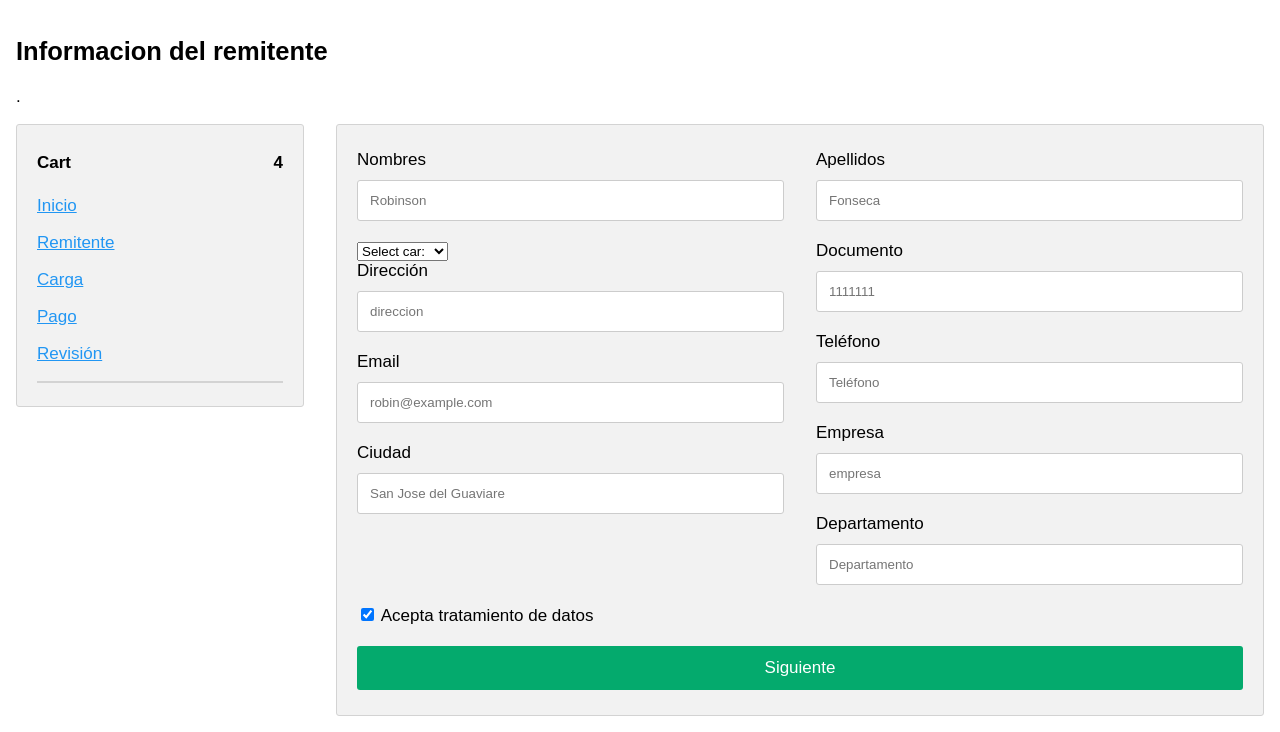
Repository: SennovaFluvial/Trasnfluvial
Page: appFluvial/templates/card1.html
The author's editor kept a copy of each file at every save. The page is drawn from the files as they stood at one save, then again after the next save.
The browser window is 1280 px wide. The pictures show the whole page.
The template is drawn by Django 3.2. The application's start-up code is not run. Other server files are loaded and not shown. The template is opened directly, without the code that normally fills it, so the values that code supplies are empty.

Above is the page before, as saved 2023-10-18 21:33:43.

### appFluvial/templates/card1.html
<!DOCTYPE html>
<html>
<head>
<meta name="viewport" content="width=device-width, initial-scale=1">
<!--link rel="stylesheet" href="https://cdnjs.cloudflare.com/ajax/libs/font-awesome/4.7.0/css/font-awesome.min.css"-->
<style>
body {
  font-family: Arial;
  font-size: 17px;
  padding: 8px;
}

* {
  box-sizing: border-box;
}

.row {
  display: -ms-flexbox; /* IE10 */
  display: flex;
  -ms-flex-wrap: wrap; /* IE10 */
  flex-wrap: wrap;
  margin: 0 -16px;
}

.col-25 {
  -ms-flex: 25%; /* IE10 */
  flex: 25%;
}

.col-50 {
  -ms-flex: 50%; /* IE10 */
  flex: 50%;
}

.col-75 {
  -ms-flex: 75%; /* IE10 */
  flex: 75%;
}

.col-25,
.col-50,
.col-75 {
  padding: 0 16px;
}

.container {
  background-color: #f2f2f2;
  padding: 5px 20px 15px 20px;
  border: 1px solid lightgrey;
  border-radius: 3px;
}

input[type=text] {
  width: 100%;
  margin-bottom: 20px;
  padding: 12px;
  border: 1px solid #ccc;
  border-radius: 3px;
}

label {
  margin-bottom: 10px;
  display: block;
}

.icon-container {
  margin-bottom: 20px;
  padding: 7px 0;
  font-size: 24px;
}

.btn {
  background-color: #04AA6D;
  color: white;
  padding: 12px;
  margin: 10px 0;
  border: none;
  width: 100%;
  border-radius: 3px;
  cursor: pointer;
  font-size: 17px;
}

.btn:hover {
  background-color: #45a049;
}

a {
  color: #2196F3;
}

hr {
  border: 1px solid lightgrey;
}

span.price {
  float: right;
  color: grey;
}

/* Responsive layout - when the screen is less than 800px wide, make the two columns stack on top of each other instead of next to each other (also change the direction - make the "cart" column go on top) */
@media (max-width: 800px) {
  .row {
    flex-direction: column-reverse;
  }
  .col-25 {
    margin-bottom: 20px;
  }
}
</style>

</head>
<body>

<h2>Informacion del remitente</h2>
<p>.</p>
<div class="row">

  <div class="col-25">
    <div class="container">
      <h4>Cart <span class="price" style="color:black"><i class="fa fa-shopping-cart"></i> <b>4</b></span></h4>
      <p><a href="../">Inicio</a> <span class="price"> </span></p>
      <p><a href="../card/1/remitente">Remitente</a> <span class="price">  </span></p>
      <p><a href="../card/2/carga">Carga</a> <span class="price"> </span></p>
      <p><a href="../card/3/pago">Pago</a> <span class="price"> </span></p>
      <p><a href="../card/1/revision">Revisión</a> <span class="price"> </span></p>
      <hr>
      <!--p>Total <span class="price" style="color:black"><b>$30</b></span></p-->
    </div>
  </div>


  <div class="col-75">
    <div class="container">
      <form action="/action_page.php">

        <div class="row">
          <div class="col-50">
            <h3>  </h3>
            <label for="fname"><i class="fa fa-user"></i> Nombres</label>
            <input type="text" id="fname" name="firstname" placeholder="Robinson">
            <!--div class="col-md-5 mb-3">
                <label for="tipodocumento">Tipo documento</label>
                <select class="custom-select d-block w-100" id="tipodocumento" required="">
                  <option value="">Seleccione...</option>
                  <option>CC</option>
                  <option>CE</option>
                  <option>Pasaporte</option>
                </select>
                <div class="invalid-feedback">
                  Por favor seleccione un tipo de documento
                </div>
            </div-->

            <div class="custom-select" >
              <select  class="custom-select d-block w-100" id="tipodocumento">
                <option value="0">Select car:</option>
                <option value="1">Audi</option>
                <option value="2">BMW</option>
                <option value="3">Citroen</option>
                <option value="4">Ford</option>
                <option value="5">Honda</option>
                <option value="6">Jaguar</option>
                <option value="7">Land Rover</option>
                <option value="8">Mercedes</option>
                <option value="9">Mini</option>
                <option value="10">Nissan</option>
                <option value="11">Toyota</option>
                <option value="12">Volvo</option>
              </select>
            </div>

            <label for="adr"><i class="fa fa-address-card-o"></i> Dirección</label>
            <input type="text" id="adr" name="address" placeholder="direccion">
            <label for="email"><i class="fa fa-envelope"></i> Email</label>
            <input type="text" id="email" name="email" placeholder="robin@example.com">
            <label for="city"><i class="fa fa-institution"></i> Ciudad</label>
            <input type="text" id="city" name="city" placeholder="San Jose del Guaviare">

            <!--div class="row">
              <div class="col-50">
                <label for="state">State</label>
                <input type="text" id="state" name="state" placeholder="NY">
              </div>
              <div class="col-50">
                <label for="zip">Zip</label>
                <input type="text" id="zip" name="zip" placeholder="10001">
              </div>
            </div-->
          </div>

          <div class="col-50">
            <h3>  </h3>
            <label for="apellidos">Apellidos</label>
            <input type="text" id="apellidos" name="apellidos" placeholder="Fonseca">
            <label for="documento">Documento</label>
            <input type="text" id="documento" name="documento" placeholder="1111111">
            <label for="telefono">Teléfono</label>
            <input type="text" id="telefono" name="telefono" placeholder="Teléfono">
            <label for="empresa">Empresa</label>
            <input type="text" id="empresa" name="empresa" placeholder="empresa">
            <label for="dep">Departamento</label>
            <input type="text" id="dep" name="departamento" placeholder="Departamento">
            <!--div class="row">
              <div class="col-50">
                <label for="expyear">Exp Year</label>
                <input type="text" id="expyear" name="expyear" placeholder="2018">
              </div>
              <div class="col-50">
                <label for="cvv">CVV</label>
                <input type="text" id="cvv" name="cvv" placeholder="352">
              </div>
            </div-->
          </div>

        </div>
        <label>
          <input type="checkbox" checked="checked" name="sameadr"> Acepta tratamiento de datos
        </label>
        <input type="submit" value="Siguiente" class="btn small">
      </form>
    </div>
  </div>
  <!--div class="col-25">
    <div class="container">
      <h4>Cart <span class="price" style="color:black"><i class="fa fa-shopping-cart"></i> <b>4</b></span></h4>
      <p><a href="#">Product 1</a> <span class="price">$15</span></p>
      <p><a href="#">Product 2</a> <span class="price">$5</span></p>
      <p><a href="#">Product 3</a> <span class="price">$8</span></p>
      <p><a href="#">Product 4</a> <span class="price">$2</span></p>
      <hr>
      <p>Total <span class="price" style="color:black"><b>$30</b></span></p>
    </div>
  </div-->
</div>

</body>
</html>

After the next save:
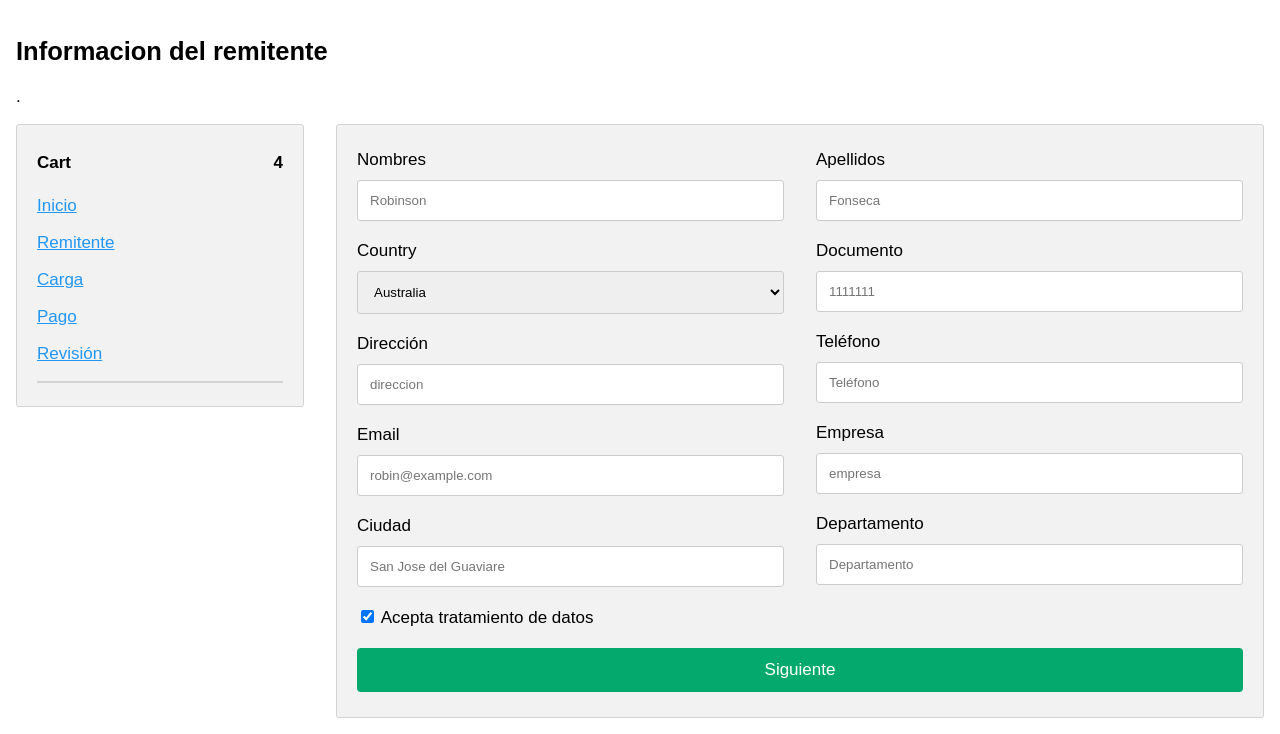
Saved 3 min 32 s later.
--- a/appFluvial/templates/card1.html
+++ b/appFluvial/templates/card1.html
@@ -50,12 +50,25 @@ body {
   border-radius: 3px;
 }
 
-input[type=text] {
+input[type=text], select {
   width: 100%;
   margin-bottom: 20px;
   padding: 12px;
   border: 1px solid #ccc;
   border-radius: 3px;
+}
+
+input[type=submit] {
+  background-color: #04AA6D;
+  color: white;
+  padding: 12px 20px;
+  border: none;
+  border-radius: 4px;
+  cursor: pointer;
+}
+
+input[type=submit]:hover {
+  background-color: #45a049;
 }
 
 label {
@@ -152,23 +165,12 @@ span.price {
                 </div>
             </div-->
 
-            <div class="custom-select" >
-              <select  class="custom-select d-block w-100" id="tipodocumento">
-                <option value="0">Select car:</option>
-                <option value="1">Audi</option>
-                <option value="2">BMW</option>
-                <option value="3">Citroen</option>
-                <option value="4">Ford</option>
-                <option value="5">Honda</option>
-                <option value="6">Jaguar</option>
-                <option value="7">Land Rover</option>
-                <option value="8">Mercedes</option>
-                <option value="9">Mini</option>
-                <option value="10">Nissan</option>
-                <option value="11">Toyota</option>
-                <option value="12">Volvo</option>
-              </select>
-            </div>
+            <label for="country">Country</label>
+            <select id="country" name="country">
+              <option value="australia">Australia</option>
+              <option value="canada">Canada</option>
+              <option value="usa">USA</option>
+            </select>
 
             <label for="adr"><i class="fa fa-address-card-o"></i> Dirección</label>
             <input type="text" id="adr" name="address" placeholder="direccion">
